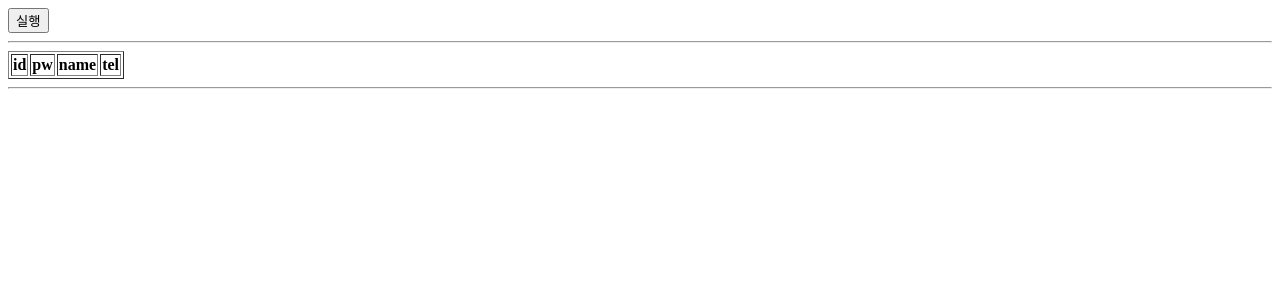
Repository: jinseon5462/Study_Jsp2
Page: http://localhost/ajax_crud/listView.jsp
An editor plug-in stored every save of this project. The page is shown before and after the next save, followed by the edit.
The browser window is 1280 px wide. The pictures show the whole page.
After loading, the first visible `#btn` was clicked once.
The page is served by Tomcat 9. Other server files are loaded and not shown.

Above is the page before, as saved 2023-01-03 12:39:15.
Console error: TypeError: Cannot set properties of null (setting 'value')

### jsp_ws/ajax_crud/src/main/webapp/listView.jsp
<%@ page language="java" contentType="text/html; charset=UTF-8"
    pageEncoding="UTF-8"%>
<!DOCTYPE html>
<html>
<head>
<meta charset="UTF-8">
<title></title>
</head>
<body>
<button id="btn">실행</button>
<hr>

<table border="1">
	<tr>
		<th>id</th>
		<th>pw</th>
		<th>name</th>
		<th>tel</th>
	</tr>
	<tbody id="tbody">
	</tbody>
</table>
<hr>
<script>
	const btn = document.querySelector("#btn");
	btn.addEventListener('click', loadDoc);

	function loadDoc() {
		const xhttp = new XMLHttpRequest();
		xhttp.onload = function() {
			let jsonStr = this.responseText;
			alert(jsonStr);
			let obj = JSON.parse(jsonStr);
			const tbody = document.querySelector("#tbody");

			/* for(var i = 0; i < obj.length; i++){
				tbody.innerHTML += "<tr><td>" + obj[i].id + "</td><td>" + obj.pw + "</td><td>" + obj.name + "</td><td>" + obj.tel + "</td></tr>";
			} */

			for(var i = 0; obj.length; i++){
				document.getElementById("id").value = obj[i].id;
				document.getElementById("pw").value = obj[i].pw;
				document.getElementById("name").value = obj[i].name;
				document.getElementById("tel").value = obj[i].tel;
			}
		}
		xhttp.open("GET", "text.txt");
		xhttp.send();
	}
</script>
</body>
</html>

### jsp_ws/ajax_crud/src/main/webapp/text.txt
[{"id" : "aaa", "pw" : "1111", "name" : "james1", "tel" : "010-1111-1111"},
{"id" : "aaa", "pw" : "1111", "name" : "james2", "tel" : "010-1111-1111"},
{"id" : "aaa", "pw" : "1111", "name" : "james3", "tel" : "010-1111-1111"},
{"id" : "aaa", "pw" : "1111", "name" : "james4", "tel" : "010-1111-1111"}]

After the next save:
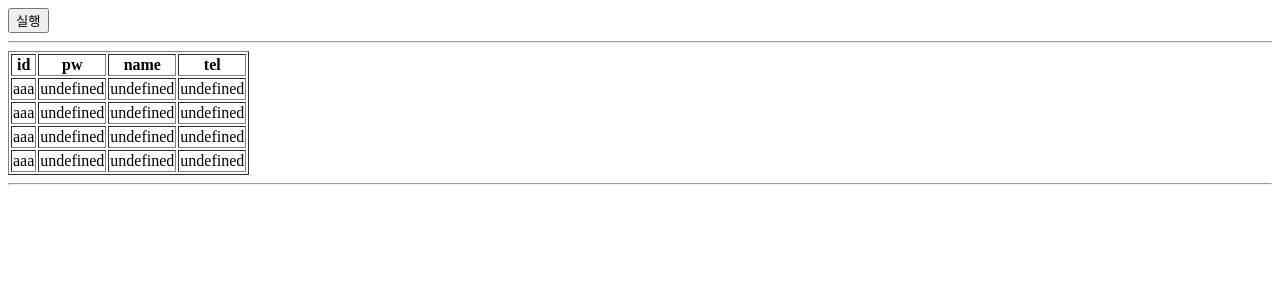
Console error: TypeError: Cannot read properties of undefined (reading 'id')
Saved 19 s later.
--- a/jsp_ws/ajax_crud/src/main/webapp/listView.jsp
+++ b/jsp_ws/ajax_crud/src/main/webapp/listView.jsp
@@ -38,10 +38,7 @@
 			} */
 
 			for(var i = 0; obj.length; i++){
-				document.getElementById("id").value = obj[i].id;
-				document.getElementById("pw").value = obj[i].pw;
-				document.getElementById("name").value = obj[i].name;
-				document.getElementById("tel").value = obj[i].tel;
+				tbody.innerHTML += "<tr><td>" + obj[i].id + "</td><td>" + obj.pw + "</td><td>" + obj.name + "</td><td>" + obj.tel + "</td></tr>";
 			}
 		}
 		xhttp.open("GET", "text.txt");
